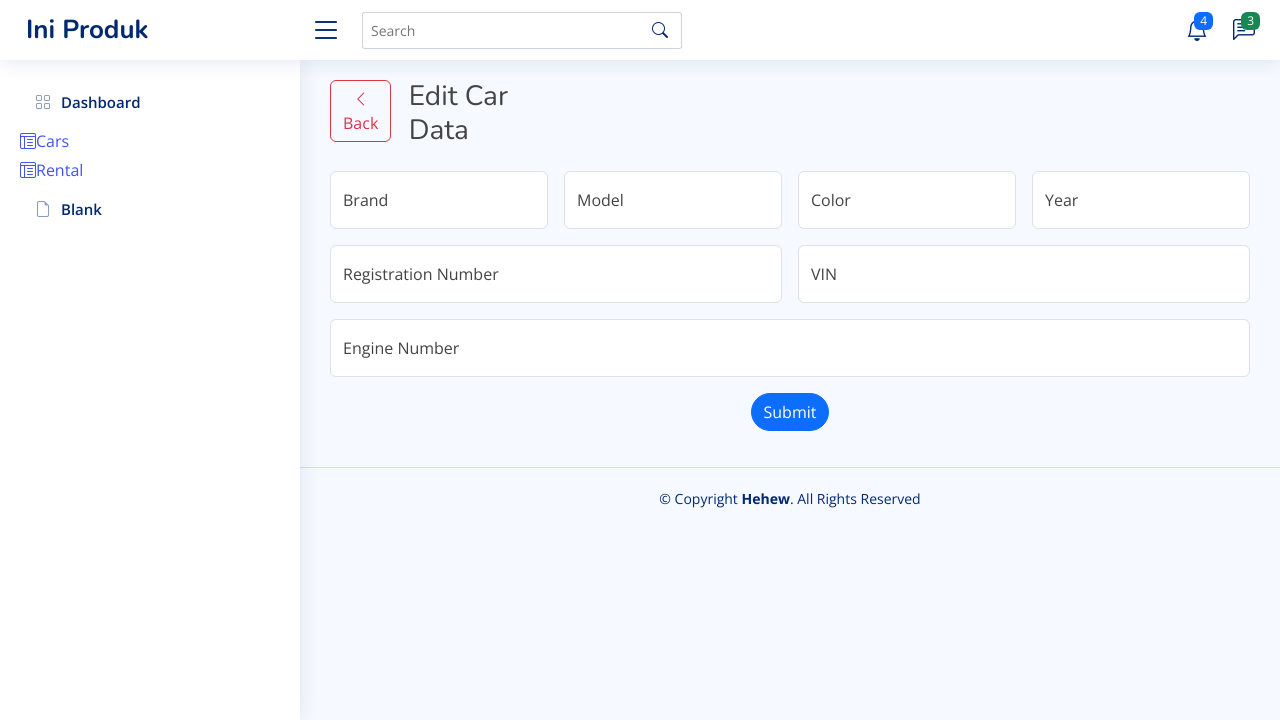
Repository: Jistoper/car_rental
Page: http://localhost/edit
These files come from the project's save history. The page is drawn as it stood at one moment and after a run of saves; the edit follows.
The browser window is 1280 px wide. The pictures show the whole page.
The page is served by the project's Laravel application, run on PHP 8.4 with Laravel 9.

Above is the page before, as saved 2023-06-25 16:14:02.

After the next 2 saves:
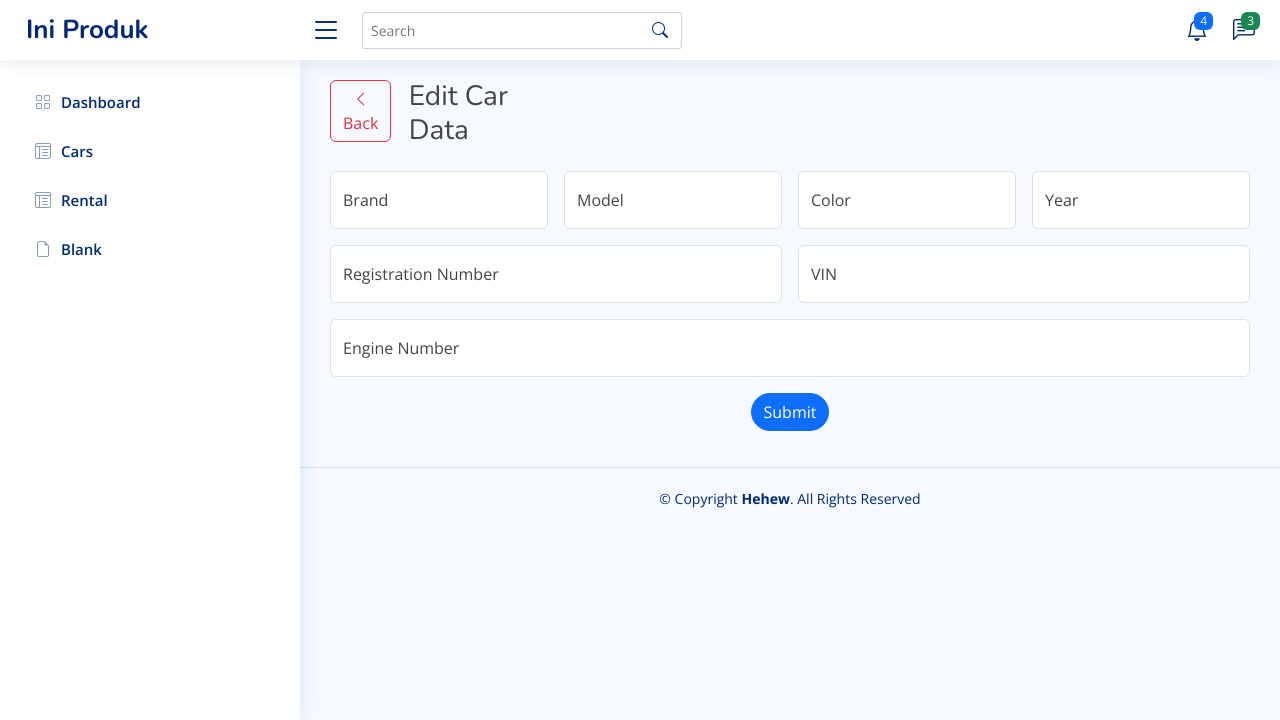
The 2 saves are shown as one change because they came seconds apart.
The last was saved 45 s later.
--- a/resources/views/backsite/partials/sidebar.blade.php
+++ b/resources/views/backsite/partials/sidebar.blade.php
@@ -10,13 +10,13 @@
       </li><!-- End Dashboard Nav -->
 
       <li class="nav-item">
-        <a href="{{ route('car.getall') }}">
+        <a class="nav-link collapsed" href="{{ route('car.getall') }}">
           <i class="bi bi-layout-text-window-reverse"></i><span>Cars</span>
         </a>
       </li>
 
       <li class="nav-item">
-        <a href="{{ route('car.getList') }}">
+        <a class="nav-link collapsed" href="{{ route('car.getList') }}">
           <i class="bi bi-layout-text-window-reverse"></i><span>Rental</span>
         </a>
       </li>
